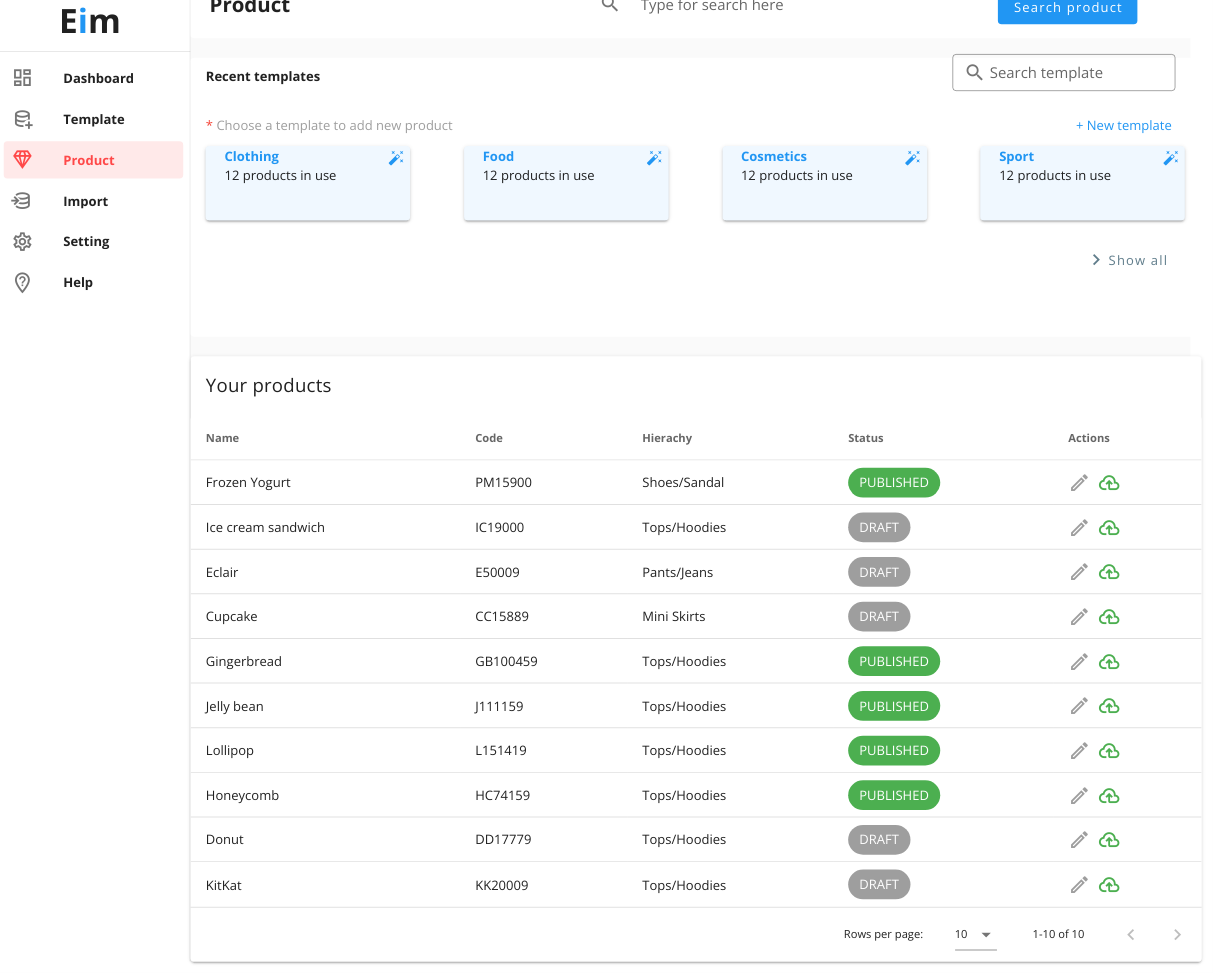
Repository: nguyenphuong152/pim-template
Page: /product
An editor plug-in stored every save of this project. The page is shown before and after the next save, followed by the edit.
The browser window is 1280 px wide. The page is 1304 px wide, so the pictures cover 1304 px, including what lies to the right of the window. The pictures show the whole page, at 93% of full size.
The project was rebuilt for these pictures with package versions that can differ from the ones it lists, and the page was loaded fresh each time. Also part of the build but not shown: vue.config.js, src/views/Home.vue, src/components/Outcome_1/SearchTemplate.vue, src/components/Outcome_1/YourTemplate.vue, src/components/Outcome_1/ListComponent.vue, src/components/Outcome_1/AddInfo.vue, src/components/Outcome_1/AddDetail.vue, src/components/Outcome_1/ListComponentProgressive.vue and 18 more.

Above is the page before, as saved 2021-01-18 23:45:07.

### public/index.html
<!DOCTYPE html>
<html lang="en">
  <head>
    <meta charset="utf-8" />
    <meta http-equiv="X-UA-Compatible" content="IE=edge" />
    <meta name="viewport" content="width=device-width,initial-scale=1.0" />
    <link rel="icon" href="<%= BASE_URL %>favicon.ico" />
    <link rel="preconnect" href="https://fonts.gstatic.com" />
    <link rel="preconnect" href="https://fonts.gstatic.com" />
    <link rel="preconnect" href="https://fonts.gstatic.com" />
    <link
      href="https://fonts.googleapis.com/css2?family=Open+Sans:wght@300;400;600;700;800&display=swap"
      rel="stylesheet"
    />
    <link
      href="https://fonts.googleapis.com/css?family=Montserrat:300,400,500,600,700"
      rel="stylesheet"
    />
    <title><%= htmlWebpackPlugin.options.title %></title>
    <link
      rel="stylesheet"
      href="https://fonts.googleapis.com/css?family=Roboto:100,300,400,500,700,900"
    />
    <link
      rel="stylesheet"
      href="https://cdn.jsdelivr.net/npm/@mdi/font@latest/css/materialdesignicons.min.css"
    />
  </head>
  <body>
    <noscript>
      <strong
        >We're sorry but <%= htmlWebpackPlugin.options.title %> doesn't work
        properly without JavaScript enabled. Please enable it to
        continue.</strong
      >
    </noscript>
    <div id="app"></div>
    <!-- built files will be auto injected -->
  </body>
</html>

### src/App.vue
<template>
  <v-app v-bind:style="{ background: activeColor }">
    <v-card height="80" flat class="hidden-md-and-up align-baseline">
      <v-row style="height:0px">
        <v-col class="px-0" cols="3">
          <span class="logo text-start">
            E<span class="blue--text">i</span>m</span
          >
        </v-col>
        <v-col>
          <div class="text-end">
            <v-menu offset-y>
              <template v-slot:activator="{ on }">
                <v-app-bar-nav-icon v-on="on"></v-app-bar-nav-icon>
              </template>
              <v-list>
                <v-list-item
                  v-for="(item, index) in items"
                  :key="index"
                  :to="item.path"
                  color="blue"
                >
                  <v-list-item-title class="text-start">{{
                    item.title
                  }}</v-list-item-title>
                </v-list-item>
              </v-list>
            </v-menu>
          </div>
        </v-col>
      </v-row>
    </v-card>

    <v-row>
      <v-col cols="2" class="pa-0 hidden-xs-only">
        <v-navigation-drawer permanent width="220" class="hidden-xs-only">
          <v-list-item>
            <v-list-item-content>
              <v-list-item-title class="logo">
                E<span class="blue--text">i</span>m
              </v-list-item-title>
            </v-list-item-content>
          </v-list-item>

          <v-divider></v-divider>

          <v-list dense nav class="text-start pl-4">
            <v-list-item
              v-for="item in items"
              :key="item.title"
              :to="item.path"
              color="#FF4848"
            >
              <v-list-item-icon>
                <v-icon>{{ item.icon }}</v-icon>
              </v-list-item-icon>
              <v-list-item-content>
                <v-list-item-title class="template-title font-weight-bold ">{{
                  item.title
                }}</v-list-item-title>
              </v-list-item-content>
            </v-list-item>
          </v-list>
        </v-navigation-drawer>
      </v-col>
      <v-col class="pa-0">
        <router-view />
      </v-col>
    </v-row>
  </v-app>
</template>

<script>
export default {
  name: "App",
  components: {},
  watch: {
    $route(to) {
      document.title = `${to.meta.title}`;
    },
  },
  data() {
    return {
      clicked: false,
      activeColor: "#FAFAFA",
      items: [
        { title: "Dashboard", icon: "mdi-view-dashboard-outline", path: "" },
        {
          title: "Template",
          icon: "mdi-database-plus-outline",
          path: "/template",
        },
        { title: "Product", icon: "mdi-diamond-stone", path: "/product" },
        {
          title: "Import",
          icon: "mdi-database-import-outline",
          path: "/import",
        },

        { title: "Setting", icon: "mdi-cog-outline", path: "" },
        { title: "Help", icon: "mdi-map-marker-question-outline", path: "" },
      ],
      right: null,
    };
  },
};
</script>

### sass/style.scss
$font-primary: 'Open Sans',
sans-serif;

@import "~vuetify/src/styles/styles.sass";

$fontsize-content: 14px;
$fontsize-title: 24px;
$fontsize-logo:36px;
$fontsize-header:22px;
$fontsize-nav:20px;


#app {
  font-family: $font-primary;
   font-size:$fontsize-content;
  -webkit-font-smoothing: antialiased;
  -moz-osx-font-smoothing: grayscale;
  text-align: center;
  color: #2c3e50;
}

#nav {
  padding: 30px;
}

#nav a {
  font-weight: bold;
  color: #2c3e50;
}

#nav a.router-link-exact-active {
  color: #42b983;
}

.title {
  font: $font-primary !important;
  font-size: $fontsize-nav !important;
}

.logo {
  @extend .title;
  font-weight: 700 !important;
  font-size: $fontsize-logo !important;
}

.text-header {
  font: $font-primary !important;
  font-size: $fontsize-header !important;
  font-weight: 700;
}


.template-title {
  @extend .title;
  font-size: $fontsize-content !important;
}

### src/store/index.js
import Vue from "vue";
import Vuex from "vuex";

Vue.use(Vuex);

import state from "./state";
import * as getters from "./getters";
import * as mutations from "./mutations";
import * as actions from "./actions";

export default new Vuex.Store({
  state,
  getters,
  mutations,
  actions,
});

### src/views/Outcome_2/Outcome_2_screen.vue
<template>
  <div>
    <v-row>
      <v-col height="100%"
        ><Search />
        <br />
        <RecentTemplate />
        <br />
        <ListProduct
          :class="{
            'mx-6': $vuetify.breakpoint.smAndDown,
            'ma-0': $vuetify.breakpoint.mdAndUp,
          }"
        />
      </v-col>
    </v-row>
  </div>
</template>

<script>
import Search from "../../components/Outcome_2/SearchProduct";
import RecentTemplate from "../../components/Outcome_2/RecentTemplate";
import ListProduct from "../../components/Outcome_2/ListProduct";
export default {
  components: {
    Search,
    RecentTemplate,
    ListProduct,
  },
};
</script>

<style></style>

### src/store/state.js
export default {
  listNewComponent: [],

  basicInfo: [],
  textComponent: [],
  imageComponent: null,
  videoComponent: null,
  colorComponent: null,
  dateComponent: [],
  selectComponent: {
    selectionTitle: [],
  },
  listTemplate: [],
  customComponent: [],

  toogleRerenderComponent: 0,
  generateImage: 1,
};

### src/components/Outcome_2/SearchProduct.vue
<template>
  <v-card class="text-start" height="65" flat>
    <v-row class="d-flex align-baseline">
      <v-col md="5" class="text-header pl-8">Product</v-col>
      <v-col sm="8" md="6" class="pa-0 hidden-xs-only">
        <v-row class="align-baseline">
          <v-text-field
            flat
            solo
            label="Type for search here"
            prepend-icon="mdi-magnify"
          ></v-text-field>
          <v-btn
            depressed
            color="blue"
            class="white--text text-none font-weight-medium"
          >
            Search product</v-btn
          >
        </v-row>
      </v-col>
    </v-row>
  </v-card>
</template>

<script>
export default {
  methods: {},
};
</script>

<style></style>

### src/components/Outcome_2/RecentTemplate.vue
<template>
  <v-card :height="setHeight" width="100%" class="py-2" flat>
    <v-row class="align-baseline mx-4">
      <v-col class="py-0 text-start px-0" cols="9"
        ><span class="font-weight-bold">Recent templates</span>
      </v-col>
      <v-col class="py-0 hidden-xs-only">
        <v-text-field
          outlined
          dense
          label="Search template"
          hint="Example: Clothes"
          prepend-inner-icon="mdi-magnify"
        ></v-text-field>
      </v-col>
    </v-row>
    <v-row class="mx-4">
      <span class="grey--text"
        ><span class="red--text">* </span> Choose a template to add new
        product</span
      >
      <v-spacer></v-spacer>
      <span class="blue--text hidden-xs-only mr-4">+ New template</span>
    </v-row>
    <v-row>
      <v-col v-for="(item, i) in items" :key="i" class="mx-4 " xs="6">
        <v-card
          color="#f0f8ff"
          :width="setWidthCard"
          height="80"
          @click="addProduct(item.name)"
        >
          <div class="d-flex child-flex justify-space-between">
            <v-row>
              <v-col class="text-start pl-8">
                <span class="template-title font-weight-bold blue--text">{{
                  item.name
                }}</span>
                <br />
                <span class="font-weight-thin">{{ item.products }}</span>
              </v-col>
              <v-col cols="1">
                <v-icon color="blue" size="18" @click="showAddTemplate()"
                  >mdi-auto-fix</v-icon
                >
              </v-col>
            </v-row>
          </div>
        </v-card>
      </v-col>
      <v-row class="align-baseline hidden-md-and-up">
        <v-col class="text-start pl-10">
          <v-btn outlined style="text-transform:none" color="blue"
            >Add template</v-btn
          >
        </v-col>
        <v-col cols="5">
          <v-dialog v-model="dialog" scrollable max-width="300px">
            <template v-slot:activator="{ on, attrs }">
              <v-btn
                color="blue-grey"
                dark
                v-bind="attrs"
                v-on="on"
                text
                style="text-transform:none"
              >
                <v-icon color="blue-grey"> mdi-chevron-right </v-icon>Show all
              </v-btn>
            </template>
            <v-card height="100%">
              <v-card-title>
                Your template
                <v-spacer></v-spacer>
                <v-icon color="red" @click="dialog = false"
                  >mdi-window-close</v-icon
                >
              </v-card-title>
              <v-divider></v-divider>
              <v-card-text style="height:500px;">
                <v-col v-for="(item, i) in templates" :key="i"
                  ><v-card color="#f0f8ff" @click="addProduct(item.name)">
                    <div class="d-flex flex-no-wrap justify-space-between">
                      <div>
                        <v-row>
                          <v-col class="text-start pl-8">
                            <span
                              class="template-title font-weight-bold blue--text"
                              >{{ item.name }}</span
                            >
                            <br />
                            <span class="font-weight-thin">{{
                              item.products
                            }}</span>
                          </v-col>
                        </v-row>
                      </div>
                    </div>
                  </v-card></v-col
                ></v-card-text
              >
            </v-card>
          </v-dialog>
        </v-col>
      </v-row>
    </v-row>
    <v-row>
      <v-col cols="10" class="px-0"></v-col>
      <v-col class="px-0">
        <v-dialog v-model="dialog" scrollable max-width="300px">
          <template v-slot:activator="{ on, attrs }">
            <v-btn
              color="blue-grey"
              dark
              v-bind="attrs"
              v-on="on"
              text
              style="text-transform:none"
            >
              <v-icon color="blue-grey"> mdi-chevron-right </v-icon>Show all
            </v-btn>
          </template>
          <v-card height="100%">
            <v-card-title>
              Your template
              <v-spacer></v-spacer>
              <v-icon color="red" @click="dialog = false"
                >mdi-window-close</v-icon
              >
            </v-card-title>
            <v-divider></v-divider>
            <v-card-text style="height:500px;">
              <v-col v-for="(item, i) in templates" :key="i"
                ><v-card color="#f0f8ff" @click="addProduct(item.name)">
                  <div class="d-flex flex-no-wrap justify-space-between">
                    <div>
                      <v-row>
                        <v-col class="text-start pl-8">
                          <span
                            class="template-title font-weight-bold blue--text"
                            >{{ item.name }}</span
                          >
                          <br />
                          <span class="font-weight-thin">{{
                            item.products
                          }}</span>
                        </v-col>
                      </v-row>
                    </div>
                  </div>
                </v-card></v-col
              ></v-card-text
            >
          </v-card>
        </v-dialog>
      </v-col>
    </v-row>
  </v-card>
</template>

<script>
export default {
  data: () => ({
    dialog: false,
    items: [
      {
        name: "Clothing",
        products: "12 products in use",
      },
      {
        name: "Food",
        products: "12 products in use",
      },
      {
        name: "Cosmetics",
        products: "12 products in use",
      },
      {
        name: "Sport",
        products: "12 products in use",
      },
    ],
    templates: [
      {
        name: "Clothing",
        products: "12 products in use",
      },
      {
        name: "Food",
        products: "12 products in use",
      },
      {
        name: "Cosmetics",
        products: "12 products in use",
      },
      {
        name: "Sport",
        products: "12 products in use",
      },
    ],
  }),
  methods: {
    addProduct(text) {
      this.$router.push({
        name: "AddProduct",
        params: { name: text },
      });
    },
  },
  created() {
    this.listTemplate = this.$store.getters.listTemplate;
    for (var i = 0; i < this.listTemplate.length; i++) {
      var element = {};
      element.name = this.listTemplate[i].name;
      element.products = "Add new product !";
      this.templates.unshift(element);
    }
  },
  computed: {
    setHeight() {
      if (
        this.$vuetify.breakpoint.name === "xs" ||
        this.$vuetify.breakpoint.name === "sm"
      ) {
        return 350;
      } else return 300;
    },
    setWidthCard() {
      if (
        this.$vuetify.breakpoint.name === "xs" ||
        this.$vuetify.breakpoint.name === "sm"
      ) {
        return 150;
      } else if (this.$vuetify.breakpoint.name === "md") {
        return 200;
      } else return 220;
    },
  },
};
</script>

<style></style>

### src/components/Outcome_2/ListProduct.vue
<template>
  <v-card>
    <v-card-title>
      Your products
    </v-card-title>
    <v-data-table :headers="headers" :items="desserts">
      <template v-slot:item.status="{ item }">
        <v-chip :color="getColor(item.status)" dark>
          {{ item.status }}
        </v-chip>
      </template>
      <template v-slot:item.actions="{ item }">
        <v-icon medium class="mr-2" @click="editItem(item)" color="grey">
          mdi-pencil-outline
        </v-icon>
        <v-icon medium @click="deleteItem(item)" color="green">
          mdi-cloud-upload-outline
        </v-icon>
      </template>
    </v-data-table>
  </v-card>
</template>

<script>
export default {
  data() {
    return {
      search: "",
      headers: [
        {
          text: "Name",
          align: "start",
          sortable: false,
          value: "name",
        },
        { text: "Code", value: "code" },
        { text: "Hierachy", value: "hierachy" },
        { text: "Status", value: "status" },
        { text: "Actions", value: "actions", sortable: false },
      ],
      desserts: [
        {
          name: "Frozen Yogurt",
          code: "PM15900",
          hierachy: "Shoes/Sandal",
          status: "PUBLISHED",
        },
        {
          name: "Ice cream sandwich",
          code: "IC19000",
          hierachy: "Tops/Hoodies",
          status: "DRAFT",
        },
        {
          name: "Eclair",
          code: "E50009",
          hierachy: "Pants/Jeans",
          status: "DRAFT",
        },
        {
          name: "Cupcake",
          code: "CC15889",
          hierachy: "Mini Skirts",
          status: "DRAFT",
        },
        {
          name: "Gingerbread",
          code: "GB100459",
          hierachy: "Tops/Hoodies",
          status: "PUBLISHED",
        },
        {
          name: "Jelly bean",
          code: "J111159",
          hierachy: "Tops/Hoodies",
          status: "PUBLISHED",
        },
        {
          name: "Lollipop",
          code: "L151419",
          hierachy: "Tops/Hoodies",
          status: "PUBLISHED",
        },
        {
          name: "Honeycomb",
          code: "HC74159",
          hierachy: "Tops/Hoodies",
          status: "PUBLISHED",
        },
        {
          name: "Donut",
          code: "DD17779",
          hierachy: "Tops/Hoodies",
          status: "DRAFT",
        },
        {
          name: "KitKat",
          code: "KK20009",
          hierachy: "Tops/Hoodies",
          status: "DRAFT",
        },
      ],
    };
  },
  methods: {
    getColor(status) {
      if (status === "DRAFT") return "grey";
      else return "green";
    },
  },
};
</script>

Loaded but not shown: src/plugins/vuetify.js (common file); src/store/mutations.js (113 lines, source omitted); src/store/actions.js (75 lines, source omitted); src/router/index.js (66 lines, source omitted); src/store/getters.js (38 lines, source omitted); src/main.js (17 lines, source omitted)

After the next save:
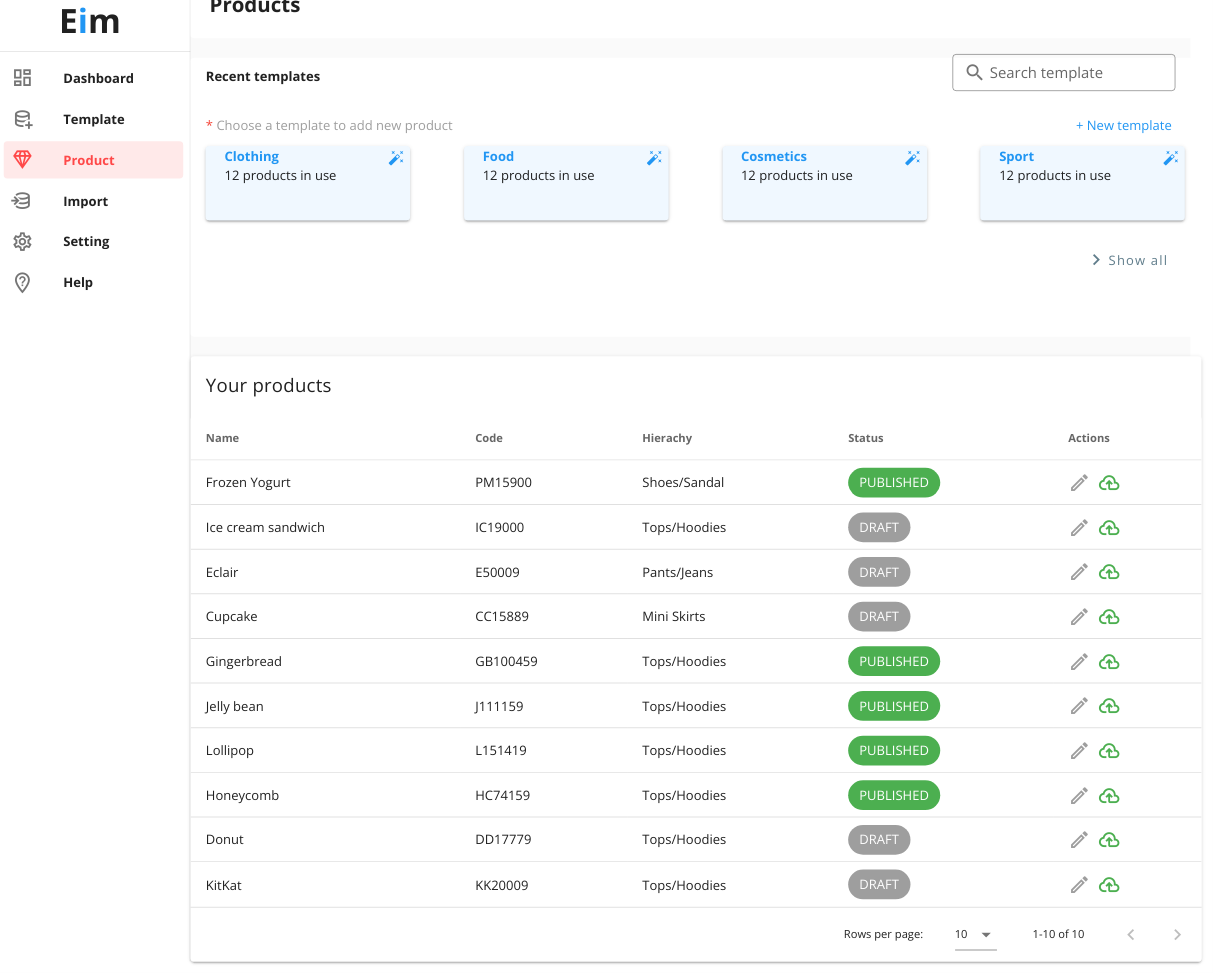
Saved 3 min 31 s later.
--- a/src/components/Outcome_2/SearchProduct.vue
+++ b/src/components/Outcome_2/SearchProduct.vue
@@ -1,24 +1,7 @@
 <template>
   <v-card class="text-start" height="65" flat>
     <v-row class="d-flex align-baseline">
-      <v-col md="5" class="text-header pl-8">Product</v-col>
-      <v-col sm="8" md="6" class="pa-0 hidden-xs-only">
-        <v-row class="align-baseline">
-          <v-text-field
-            flat
-            solo
-            label="Type for search here"
-            prepend-icon="mdi-magnify"
-          ></v-text-field>
-          <v-btn
-            depressed
-            color="blue"
-            class="white--text text-none font-weight-medium"
-          >
-            Search product</v-btn
-          >
-        </v-row>
-      </v-col>
+      <v-col md="5" class="text-header pl-8">Products</v-col>
     </v-row>
   </v-card>
 </template>

After the save that followed:
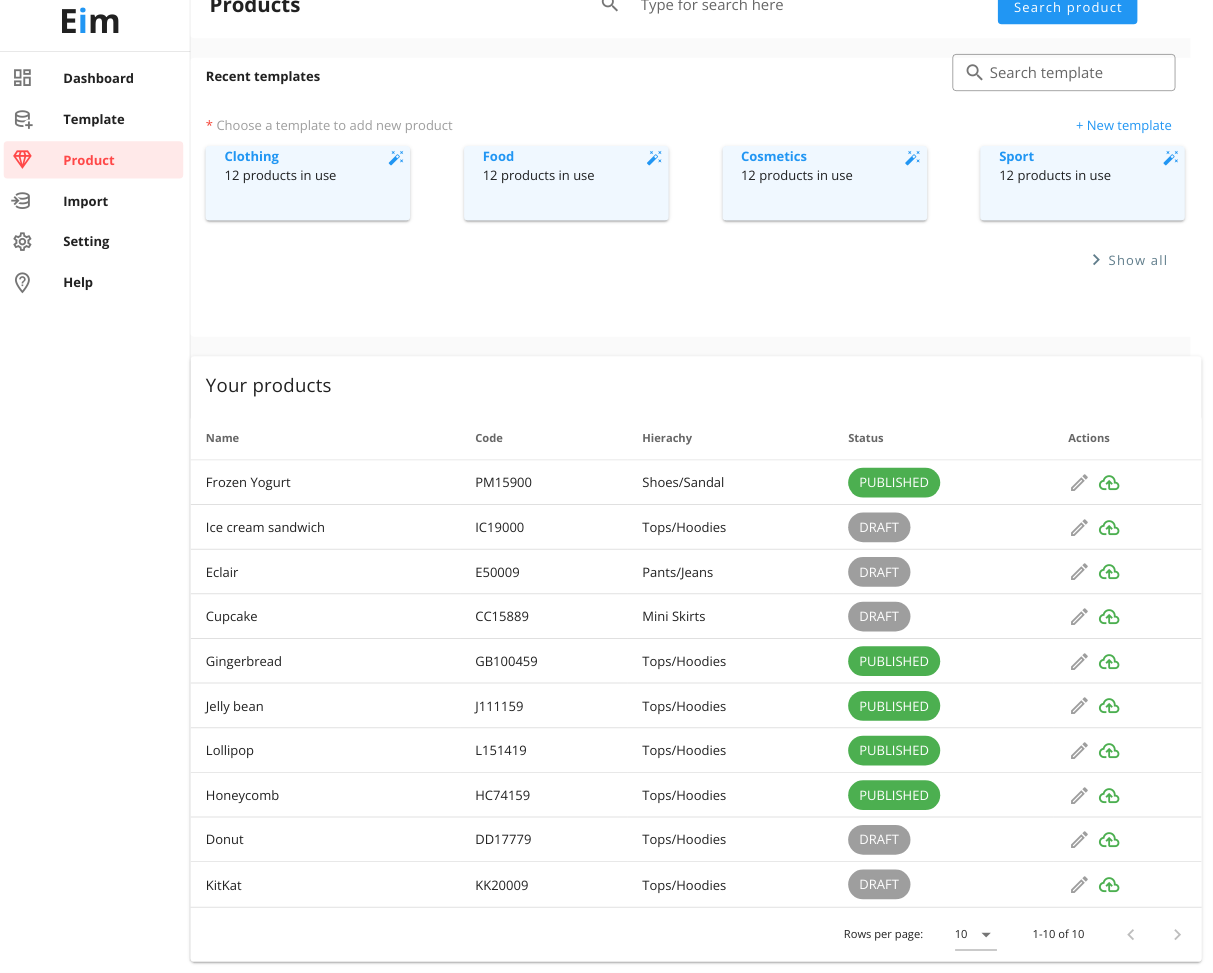
Saved 29 s later.
--- a/src/components/Outcome_2/SearchProduct.vue
+++ b/src/components/Outcome_2/SearchProduct.vue
@@ -2,6 +2,23 @@
   <v-card class="text-start" height="65" flat>
     <v-row class="d-flex align-baseline">
       <v-col md="5" class="text-header pl-8">Products</v-col>
+      <v-col sm="8" md="6" class="pa-0 hidden-xs-only">
+        <v-row class="align-baseline">
+          <v-text-field
+            flat
+            solo
+            label="Type for search here"
+            prepend-icon="mdi-magnify"
+          ></v-text-field>
+          <v-btn
+            depressed
+            color="blue"
+            class="white--text text-none font-weight-medium"
+          >
+            Search product</v-btn
+          >
+        </v-row>
+      </v-col>
     </v-row>
   </v-card>
 </template>
